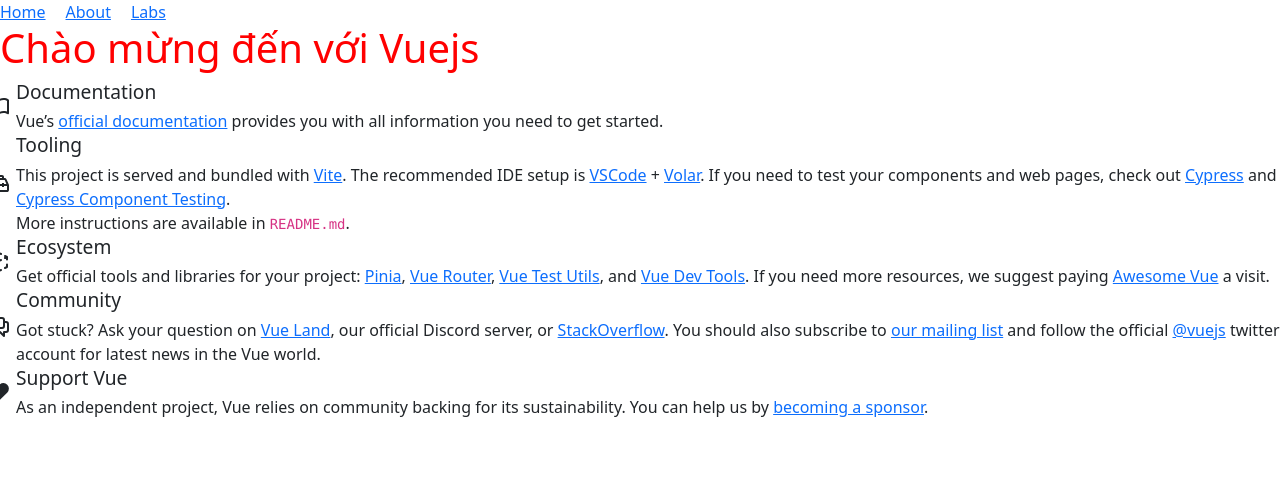
Repository: tuankiet10920/homeworkFEF
Page: /
The author's editor kept a copy of each file at every save. The page is drawn from the files as they stood at one save, then again after the next save.
The browser window is 1280 px wide. The pictures show the whole page.
The project was rebuilt for these pictures with package versions that can differ from the ones it lists, and the page was loaded fresh each time. Also part of the build but not shown: vite.config.js, src/components/HelloWorld.vue.

Above is the page before, as saved 2024-10-22 12:49:14.

### index.html
<!DOCTYPE html>
<html lang="en">
  <head>
    <meta charset="UTF-8">
    <link rel="icon" href="/favicon.ico">
    <meta name="viewport" content="width=device-width, initial-scale=1.0">
    <link href="https://cdn.jsdelivr.net/npm/bootstrap@5.3.3/dist/css/bootstrap.min.css" rel="stylesheet" integrity="sha384-QWTKZyjpPEjISv5WaRU9OFeRpok6YctnYmDr5pNlyT2bRjXh0JMhjY6hW+ALEwIH" crossorigin="anonymous">
    <title>Vite App</title>
  </head>
  <body>
    <div id="app"></div>
    <script src="https://cdn.jsdelivr.net/npm/bootstrap@5.3.3/dist/js/bootstrap.bundle.min.js" integrity="sha384-YvpcrYf0tY3lHB60NNkmXc5s9fDVZLESaAA55NDzOxhy9GkcIdslK1eN7N6jIeHz" crossorigin="anonymous"></script>
    <script type="module" src="/src/main.js"></script>
  </body>
</html>

### src/App.vue
<script setup>
import { RouterLink, RouterView } from 'vue-router'
import HelloWorld from './components/HelloWorld.vue'
</script>

<template>
  <header>
    <div class="wrapper">
      <nav>
        <RouterLink to="/">Home</RouterLink>
        <RouterLink to="/about">About</RouterLink>
        <RouterLink to="/labs">Labs</RouterLink>
      </nav>
    </div>
  </header>
  <RouterView />
</template>

<style scoped>
.wrapper nav a {
  margin-right: 20px;
}
</style>

### src/router/index.js
import { createRouter, createWebHistory } from 'vue-router'
import HomeView from '../views/HomeView.vue'

const router = createRouter({
  history: createWebHistory(import.meta.env.BASE_URL),
  routes: [
    {
      path: '/',
      name: 'home',
      component: HomeView,
    },
    {
      path: '/about',
      name: 'about',
      // route level code-splitting
      // this generates a separate chunk (About.[hash].js) for this route
      // which is lazy-loaded when the route is visited.
      component: () => import('../views/AboutView.vue'),
    },
    {
      path: '/labs',
      name: 'labs',
      component: () => import('../views/LabView.vue'),
    },
    // cac bai labs

    // Lab 1
    {
      path: '/bai2lab1',
      name: 'bai2lab1',
      component: () => import('../Labs/Lab1/Bai2.vue'),
    },
    {
      path: '/bai3lab1',
      name: 'bai3lab1',
      component: () => import('../Labs/Lab1/Bai3.vue'),
    },
    {
      path: '/bai4lab1',
      name: 'bai4lab1',
      component: () => import('../Labs/Lab1/Bai4.vue'),
    },
  ],
})

export default router

### src/views/HomeView.vue
<script setup>
import TheWelcome from '../components/TheWelcome.vue'
import Bai2 from "../Labs/Lab1/Bai2.vue"
</script>

<template>
  <main>
    <Bai2 />  <!-- Lab 1: Bai 2 -->
    <TheWelcome />
  </main>
</template>

### src/Labs/Lab1/Bai2.vue
<script setup></script>
<template>
    <h1>Chào mừng đến với Vuejs</h1>
</template>
<style scoped>
h1{
    color: red;
}
</style>

Loaded but not shown: src/main.js (common file); src/components/TheWelcome.vue (common file); src/components/WelcomeItem.vue (common file); src/components/icons/IconDocumentation.vue (common file); src/components/icons/IconTooling.vue (common file); src/components/icons/IconEcosystem.vue (common file); src/components/icons/IconCommunity.vue (common file); src/components/icons/IconSupport.vue (common file)

After the next save:
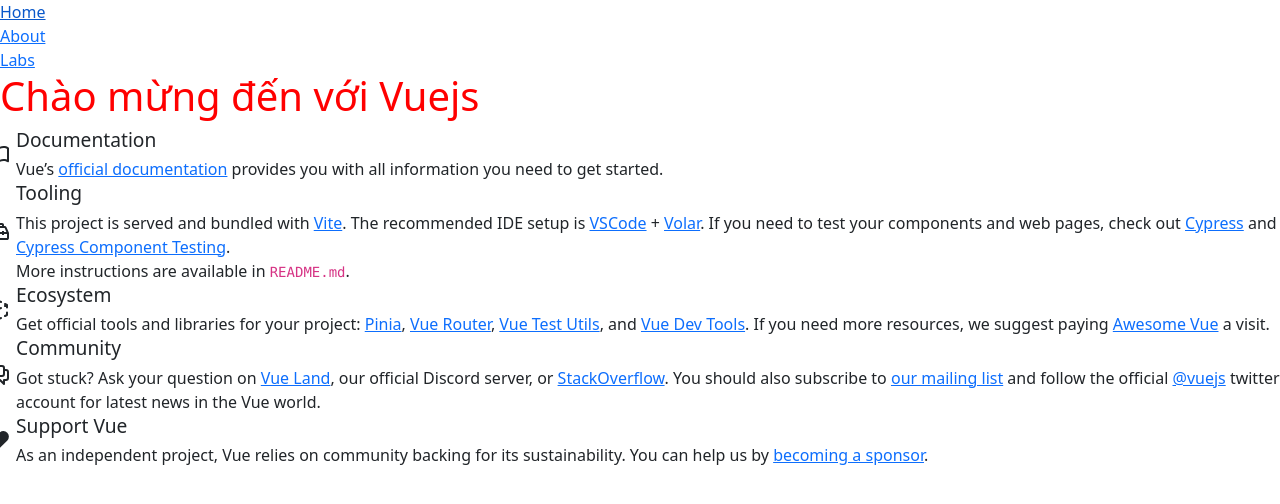
Saved 2 min 33 s later.
--- a/src/App.vue
+++ b/src/App.vue
@@ -20,4 +20,8 @@ import HelloWorld from './components/HelloWorld.vue'
 .wrapper nav a {
   margin-right: 20px;
 }
+nav {
+  display: flex;
+  flex-direction: column;
+}
 </style>
